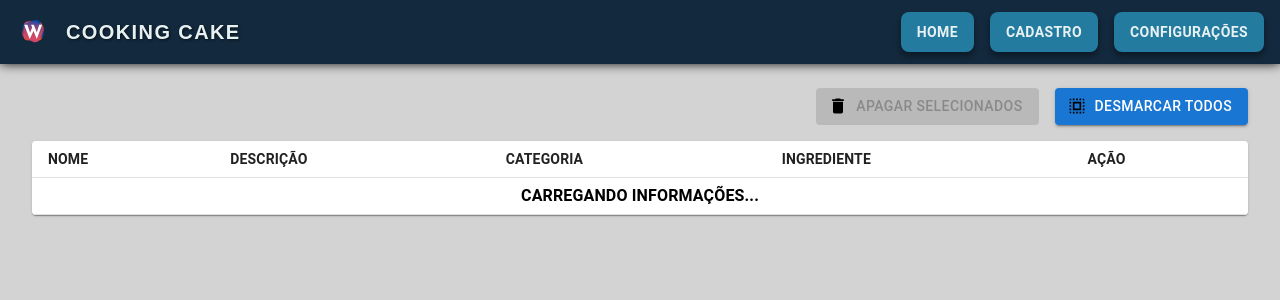
Repository: oZanella/projeto_windel_web_CRM
Page: /
An editor plug-in stored every save of this project. The page is shown before and after the next save, followed by the edit.
The browser window is 1280 px wide. The pictures show the whole page.
The page's requests for data from a server got no answer. The project was rebuilt for these pictures with package versions that can differ from the ones it lists, and the page was loaded fresh each time. No one was signed in, and anything a server would have sent is missing. Also part of the build but not shown: vite.config.js, src/routes/Configuracoes.jsx. Imported but missing from the stored project, and not drawn on this page: src/routes/Cadastro.jsx.

Above is the page before, as saved 2024-08-19 10:32:27.

### index.html
<!doctype html>
<html lang="en">

<head>
  <meta charset="UTF-8" />
  <link rel="icon" type="image/svg+xml" href="./src/image/LogoWindel.svg" />
  <link rel="stylesheet" href="src/style/GlobalStyles.css" />
  <link href="https://fonts.googleapis.com/css2?family=Playfair+Display&display=swap" rel="stylesheet">

  <meta name="viewport" content="width=device-width, initial-scale=1.0" />
  <title>Projeto Teste - CRM </title>
</head>

<body>
  <div id="root"></div>
  <script type="module" src="/src/main.jsx"></script>
</body>

</html>

### src/style/GlobalStyles.css
:root {
  --click: #7fa8c4;
  --primary: #E8F1F2;
  --darkblue: #13293D;
  --secondary: #000000;
  --ligthblue: #1b98e0;
  --animation: #006494;
  --ligthkgrey: #D3D3D3;
  --blueceledron: #247ba0;
  --delete: #FF0000;
}

* {
    color: var(--secondary);
}

body {
  background-color: var(--ligthkgrey);
}

### src/main.jsx
import { createBrowserRouter, RouterProvider, Navigate } from "react-router-dom"
import { createRoot } from 'react-dom/client'
import { StrictMode } from 'react'
import { App } from './App.jsx'

import './style/GlobalStyles.css'

//páginas do projeto
import { Cadastro } from './routes/Cadastro.jsx'
import { Home } from './routes/Home.jsx'
import { Configuracoes } from './routes/configuracoes.jsx'

const router = createBrowserRouter([
  {
    element: <App />,
    children: [
      {
        path: '/',
        element: <Navigate to="/home" replace />,
      },
      {
        path: '/home',
        element: <Home />,
      },
      {
        path: '/cadastro',
        element: <Cadastro />,
      },
      {
        path: '/configuracoes',
        element: <Configuracoes />,
      },
    ],
  },
])

createRoot(document.getElementById('root')).render(
  <StrictMode>
    <RouterProvider router={router} />
  </StrictMode>,
)

### src/App.jsx
import { Header } from './components/Header'
import { Outlet } from 'react-router-dom'
import { Box } from '@mui/material'
import './style/GlobalStyles.css'

export function App() {
  return (
    <Box sx={{ p: { xs: 2, sm: 3 }, marginTop: { xs: 8, sm: 8 } }}>
      <Header />
      <Box>
        <Outlet />
      </Box>
    </Box>
  );
}

### src/routes/Home.jsx
import React, { useEffect, useState } from 'react';
import { Box, TextField, Button, Dialog, DialogActions, DialogContent, DialogTitle, Select, MenuItem, FormControl, InputLabel } from '@mui/material';

import { handleShowDetails, handleEdit, handleSave, handleInputChange } from '../components/Handle';
import { CardDados } from '../components/TableHome';

import { blogFetch } from '../axios/config';


export const Home = () => {
  const [posts, setPosts] = useState([]);
  const [selectInfo, setSelectInfo] = useState(null);
  const [modeEdit, setModeEdit] = useState(null);
  const [dataEdit, setDataEdit] = useState({});
  const [openAddDialog, setOpenAddDialog] = useState(false);
  const [newPost, setNewPost] = useState({ name: '', description: '', category: '' });

  const getPosts = async () => {
    try {
      const response = await blogFetch.get("/recipe");
      const uniqueData = response.data.filter((value, index, self) =>
        index === self.findIndex((t) => t.id === value.id)
      );
      setPosts(uniqueData); // Garante que não tenha dados duplicados
    } catch (error) {
      console.log(error);
    }
  };

  useEffect(() => {
    getPosts();
  }, []);

  const handleDelete = async (postId) => {
    try {
      await blogFetch.delete(`/recipe/${postId}`);
      setPosts(posts.filter(post => post.id !== postId));
      console.log('Post deletado com sucesso');
    } catch (error) {
      console.error('Erro ao deletar o post', error);
    }
  };

  const handleAddOpen = () => setOpenAddDialog(true);
  const handleAddClose = () => setOpenAddDialog(false);

  {/* API para envio do novo registro*/ }
  const handleAdd = async () => {
    try {
      const newPostFormatted = {
        name: newPost.name,
        description: newPost.description,
        ingredients: [],
        category: newPost.category,
        isFavorite: newPost.isFavorite
      };

      const response = await blogFetch.post("/recipe", newPostFormatted);
      setPosts([...posts, response.data]);
      setNewPost({ name: '', description: '', category: '', isFavorite: false });
      handleAddClose();
      console.log('Post adicionado com sucesso');
    } catch (error) {
      console.error('Erro ao adicionar o post', error);
    }
  };

  return (
    <Box>
      {/* Dados para Adicionar Novo Registro */}
      <Dialog open={openAddDialog} onClose={handleAddClose}>
        <DialogTitle>Adicionar Novo Registro</DialogTitle>
        <DialogContent>
          <TextField
            name="name"
            label="Nome"
            value={newPost.name}
            onChange={(e) => setNewPost({ ...newPost, name: e.target.value })}
            fullWidth
            sx={{ marginBottom: 2 }}
          />
          <TextField
            name="description"
            label="Descrição"
            value={newPost.description}
            onChange={(e) => setNewPost({ ...newPost, description: e.target.value })}
            fullWidth
            sx={{ marginBottom: 2 }}
          />
          <TextField
            name="category"
            label="Categoria"
            value={newPost.category}
            onChange={(e) => setNewPost({ ...newPost, category: e.target.value })}
            fullWidth
            sx={{ marginBottom: 2 }}
          />
          <FormControl fullWidth sx={{ marginBottom: 2 }}>
            <InputLabel>Favorito</InputLabel>
            <Select
              name="isFavorite"
              value={newPost.isFavorite}
              onChange={(e) => setNewPost({ ...newPost, isFavorite: e.target.value })}
              label="Favorito"
            >
              <MenuItem value={true}>Sim</MenuItem>
              <MenuItem value={false}>Não</MenuItem>

            </Select>
          </FormControl>
        </DialogContent>
        <DialogActions>
          <Button onClick={handleAddClose}>Cancelar</Button>
          <Button onClick={handleAdd}>Adicionar</Button>
        </DialogActions>
      </Dialog>

      <CardDados
        posts={posts}
        handleDelete={handleDelete}
        handleEdit={handleEdit}
        handleSave={handleSave}
        modeEdit={modeEdit}
        setModeEdit={setModeEdit}
        dataEdit={dataEdit}
        setDataEdit={setDataEdit}
        handleInputChange={handleInputChange}
        selectInfo={selectInfo}
        setSelectInfo={setSelectInfo}
        handleShowDetails={handleShowDetails}
      />
    </Box>
  );
};

### src/components/Header.jsx
import { AppBar, Toolbar, Typography, Box, Button, IconButton } from '@mui/material';
import Logo from '../image/LogoWindel.svg';
import { Link } from 'react-router-dom';
import React from 'react';

export const Header = () => {
  return (

    // Header fundo 1 //
    <AppBar
      position="fixed"
      sx={{
        width: '100%',
        boxShadow: '0px 0.01px 11px var(--secondary)',
        top: 0,
        left: 0,
      }}
    >

      {/* Header fundo 2 */}
      <Toolbar
        sx={{
          display: 'flex',
          alignItems: 'center',
          padding: { xs: '0px', sm: '0px' },
          justifyContent: 'space-between',
          height: '64px',
          minHeight: '64px',
          backgroundColor: 'var(--darkblue)',
          boxSizing: 'border-box',
        }}
      >
        {/* Logo da principal */}
        <IconButton
          to={`/home`}
          edge="start"
          sx={{
            ml: { xs: 0 },
            cursor: 'default',
          }}
          component={Link}
          aria-label="logo"
        >
          <img src={Logo} alt="Logo" style={{ width: '50px', height: '40px' }} />
        </IconButton>

        {/* Titulo da pagina */}
        <Typography
          variant="h6"
          sx={{
            display: { xs: 'none', sm: 'block' },
            color: 'var(--primary)',
            fontWeight: 'bold',
            letterSpacing: '0.07em',
            textTransform: 'uppercase',                 //text em maiusculo
            textShadow: '1px 1px 3px rgba(0,0,0,0.6)',
            fontFamily: 'Arial, serif',
            flexGrow: 1,
          }}
        >
          Cooking Cake
        </Typography>

        {/* Botões */}
        <Box
          sx={{
            mr: { xs: 0, sm: 2 },
            gap: 2,
            display: 'flex',
            alignItems: 'center',
            flexGrow: { xs: 1, sm: 0 },
            justifyContent: { xs: 'center' },
            '& .MuiButton-root': {
              backgroundColor: 'var(--blueceledron)',
              color: 'var(--primary)',
              borderRadius: '8px',
              boxShadow: '0 4px 6px rgba(0, 0, 0, 0.4)',
              padding: '8px 16px',
              fontWeight: 'bold',
              textTransform: 'uppercase',
              transition: 'background-color 0.3s, transform 0.3s',

              // Animação
              '&:hover': {
                backgroundColor: 'var(--animation)',
                transform: 'scale(1.07)',
              },
              '&:active': {
                backgroundColor: 'var(--click)',
              },
            },
          }}
        >
          <Button variant="contained" component={Link} to={`/home`}>Home</Button>
          <Button variant="contained" component={Link} to={`/cadastro`}>Cadastro</Button>
          <Button variant="contained" component={Link} to={`/configuracoes`}>Configurações</Button>
        </Box>
      </Toolbar>
    </AppBar>
  );
};

### src/components/Handle.jsx

import { blogFetch } from '../axios/config';


export const handleShowDetails = (post, setSelectInfo, selectInfo) => {
  if (selectInfo?.id === post.id) {
    setSelectInfo(null); // Fecha se já estiver aberto
  } else {
    setSelectInfo(post); // Abre o post atual
  }
};

export const handleEdit = (post, setModeEdit, setDataEdit) => {
  setModeEdit(post.id);
  setDataEdit(post);
};

//continua com erro, verificar!!
export const handleSave = async (postId, updateData) => {
  try {
    // Envie uma requisição PUT ou POST para salvar os dados atualizados
    const response = await blogFetch.put(`/blogFetch/posts/${postId}`, updateData);
    console.log('Dados salvos com sucesso', response.data);

  } catch (error) {
    console.error('Erro de API', error);
  }
};

export const handleInputChange = (e, setDataEdit) => {
  setDataEdit(prevDataEdit => ({ ...prevDataEdit, [e.target.name]: e.target.value }));
};

### src/components/TableHome.jsx
import React, { useState, useEffect } from 'react';
import {
  Table, TableBody, TableCell, TableContainer, TableHead, TableRow, Typography, Box, Button, IconButton, TextField, Dialog, DialogContent, DialogActions, FormControlLabel, Switch, Chip, Paper, Checkbox
} from '@mui/material';
import EditIcon from '@mui/icons-material/Edit';
import SaveIcon from '@mui/icons-material/Save';
import AddIcon from '@mui/icons-material/Add';
import CloseIcon from '@mui/icons-material/Close';
import DeleteIcon from '@mui/icons-material/Delete';
import SelectAllIcon from '@mui/icons-material/SelectAll';
import axios from 'axios';

const API_BASE_URL = 'https://teste-tecnico-front-api.up.railway.app';

export const CardDados = ({
  posts, setPosts, handleDelete
}) => {
  const [openModal, setOpenModal] = useState(false);
  const [currentPost, setCurrentPost] = useState(null);
  const [dataEdit, setDataEdit] = useState({});
  const [newIngredient, setNewIngredient] = useState('');
  const [selectedPosts, setSelectedPosts] = useState([]);

  useEffect(() => {
    if (currentPost) {
      setDataEdit({ ...currentPost });
    }
  }, [currentPost]);

  const handleEditOpen = (post) => {
    setCurrentPost(post);
    setOpenModal(true);
  };

  const handleEditClose = () => {
    setOpenModal(false);
    setCurrentPost(null);
    setNewIngredient('');
  };

  const handleSaveModal = async () => {
    if (currentPost) {
      try {
        await axios.put(`${API_BASE_URL}/posts/${currentPost.id}`, dataEdit);
        const response = await axios.get(`${API_BASE_URL}/posts`);
        setPosts(response.data);
        handleEditClose();
      } catch (error) {
        console.error('Error ao salvar:', error);
      }
    }
  };

  const handleAddIngredient = () => {
    if (newIngredient.trim() !== '') {
      setDataEdit((prevData) => ({
        ...prevData,
        ingredients: [...(prevData.ingredients || []), newIngredient.trim()],
      }));
      setNewIngredient('');
    }
  };

  const handleRemoveIngredient = (ingredientToRemove) => {
    setDataEdit((prevData) => ({
      ...prevData,
      ingredients: (prevData.ingredients || []).filter((ingredient) => ingredient !== ingredientToRemove),
    }));
  };

  const handleSelectAll = () => {
    if (selectedPosts.length === posts.length) {
      setSelectedPosts([]); // Deselect all
    } else {
      setSelectedPosts(posts.map(post => post.id)); // Select all
    }
  };

  const handleDeleteSelected = async () => {
    try {
      await Promise.all(selectedPosts.map(id => axios.delete(`${API_BASE_URL}/posts/${id}`)));
      const response = await axios.get(`${API_BASE_URL}/posts`);
      setPosts(response.data);
      setSelectedPosts([]);
    } catch (error) {
      console.error('Error ao apagar os registros:', error);
    }
  };

  const handleSelectPost = (id) => {
    setSelectedPosts(prevSelected =>
      prevSelected.includes(id)
        ? prevSelected.filter(postId => postId !== id)
        : [...prevSelected, id]
    );
  };

  return (
    <>
      <Box sx={{ display: 'flex', justifyContent: 'flex-end', mb: 2 }}>
        <Button
          variant="contained"
          color="error"
          startIcon={<DeleteIcon />}
          onClick={handleDeleteSelected}
          disabled={selectedPosts.length === 0}
          sx={{ marginRight: 2 }}
        >
          Apagar Selecionados
        </Button>
        <Button
          variant="contained"
          color="primary"
          startIcon={<SelectAllIcon />}
          onClick={handleSelectAll}
        >
          {selectedPosts.length === posts.length ? 'Desmarcar Todos' : 'Selecionar Todos'}
        </Button>
      </Box>

      {/* Tabela aonde aparece os dados */}
      <TableContainer component={Paper} sx={{ overflowX: 'auto' }}>
        <Table size='small'>
          <TableHead>
            <TableRow>
              <TableCell sx={{ fontWeight: 'bold', textTransform: 'uppercase' }}>Nome</TableCell>
              <TableCell sx={{ fontWeight: 'bold', textTransform: 'uppercase' }}>Descrição</TableCell>
              <TableCell sx={{ fontWeight: 'bold', textTransform: 'uppercase' }}>Categoria</TableCell>
              <TableCell sx={{ fontWeight: 'bold', textTransform: 'uppercase' }}>Ingrediente</TableCell>
              <TableCell sx={{ fontWeight: 'bold', textTransform: 'uppercase' }}>Ação</TableCell>
            </TableRow>
          </TableHead>
          <TableBody>
            {posts.length === 0 ? (
              <TableRow>
                <TableCell colSpan={5} align="center">
                  <Typography variant="body1" sx={{ fontWeight: 'bold', textTransform: 'uppercase' }}>Carregando informações...</Typography>
                </TableCell>
              </TableRow>
            ) : (
              posts.map((post) => (
                <TableRow sx={{ height: 'auto' }} key={post.id}>
                  <TableCell sx={{ padding: '8px' }}>
                    {post.name}
                  </TableCell>
                  <TableCell sx={{ padding: '8px' }}>{post.description}</TableCell>
                  <TableCell sx={{ padding: '8px' }}>{post.category}</TableCell>

                  <TableCell sx={{ padding: '8px' }}>
                    <Box sx={{
                      display: 'flex',
                      flexWrap: 'wrap',
                      overflowX: 'auto',
                      gap: 1,
                      width: '100%',
                    }}>
                      {post.ingredients && post.ingredients.length > 0 ? (
                        post.ingredients.map((ingredient) => (
                          <Box
                            key={ingredient.id}
                            sx={{
                              display: 'flex',
                              flexDirection: 'column',
                              alignItems: 'flex-start',
                              marginRight: 1,
                              marginBottom: 1,
                            }}
                          >
                            <Typography variant="body1">{ingredient.name}</Typography>
                            <Typography variant="body2" color="textSecondary">
                              Quantidade: {ingredient.quantity}
                            </Typography>
                          </Box>
                        ))
                      ) : (
                        <Typography variant="body2">Nenhum ingrediente disponível</Typography>
                      )}
                    </Box>
                  </TableCell>

                  <TableCell>
                    <Box sx={{ display: 'flex', alignItems: 'center' }}>
                      <Checkbox
                        checked={selectedPosts.includes(post.id)}
                        onChange={() => handleSelectPost(post.id)}
                        color="primary"
                      />
                      <IconButton
                        color="primary"
                        onClick={() => handleEditOpen(post)}
                        sx={{ mr: 1 }}
                      >
                        <EditIcon />
                      </IconButton>
                      <IconButton
                        color="error"
                        onClick={() => handleDelete(post.id)}
                      >
                        <DeleteIcon />
                      </IconButton>
                    </Box>
                  </TableCell>
                </TableRow>
              ))
            )}
          </TableBody>
        </Table>
      </TableContainer>

      {/* Modal de edição */}
      <Dialog open={openModal} onClose={handleEditClose} fullWidth maxWidth="sm">
        <DialogContent>
          {currentPost && (
            <Box component="form" sx={{ display: 'flex', flexDirection: 'column', gap: 2 }}>
              <TextField
                name="name"
                label="Nome"
                value={dataEdit.name || ''}
                onChange={(e) => setDataEdit({ ...dataEdit, name: e.target.value })}
                fullWidth
                sx={{ marginBottom: 2 }}
              />
              <TextField
                name="description"
                label="Descrição"
                value={dataEdit.description || ''}
                onChange={(e) => setDataEdit({ ...dataEdit, description: e.target.value })}
                fullWidth
                sx={{ marginBottom: 2 }}
              />
              <TextField
                name="category"
                label="Categoria"
                value={dataEdit.category || ''}
                onChange={(e) => setDataEdit({ ...dataEdit, category: e.target.value })}
                fullWidth
                sx={{ marginBottom: 2 }}
              />
              <FormControlLabel
                control={
                  <Switch
                    checked={dataEdit.isFavorite || false}
                    onChange={(e) => setDataEdit({ ...dataEdit, isFavorite: e.target.checked })}
                    name="isFavorite"
                    color="primary"
                  />
                }
                label="Favorito"
                sx={{ marginTop: 1 }}
              />
              <Box sx={{ marginTop: 2 }}>
                <Typography variant="h6" sx={{ mb: 1 }}>Ingredientes</Typography>
                {dataEdit.ingredients && dataEdit.ingredients.map((ingredient, index) => (
                  <Chip
                    key={index}
                    label={`${ingredient.name} (${ingredient.quantity})`}
                    onDelete={() => handleRemoveIngredient(ingredient)}
                    sx={{ marginRight: 1, marginBottom: 1 }}
                    deleteIcon={<CloseIcon />}
                  />
                ))}
                <Box sx={{ display: 'flex', alignItems: 'center', mt: 2 }}>
                  <TextField
                    value={newIngredient}
                    onChange={(e) => setNewIngredient(e.target.value)}
                    label="Novo ingrediente"
                    variant="outlined"
                    size="small"
                    sx={{ marginRight: 1 }}
                  />
                  <Button
                    variant="contained"
                    color="primary"
                    onClick={handleAddIngredient}
                    startIcon={<AddIcon />}
                  >
                    Adicionar
                  </Button>
                </Box>
              </Box>
            </Box>
          )}
        </DialogContent>
        <DialogActions>
          <Button onClick={handleEditClose} color="inherit">
            Cancelar
          </Button>
          <Button
            onClick={handleSaveModal}
            color="primary"
            variant="contained"
            startIcon={<SaveIcon />}
          >
            Salvar
          </Button>
        </DialogActions>
      </Dialog>
    </>
  );
};

### src/axios/config.jsx
// src/axios/config.js
import axios from 'axios';

export const blogFetch = axios.create({
  baseURL: 'https://teste-tecnico-front-api.up.railway.app',
  headers: {
    'Content-Type': 'application/json',
  },
});

After the next save:
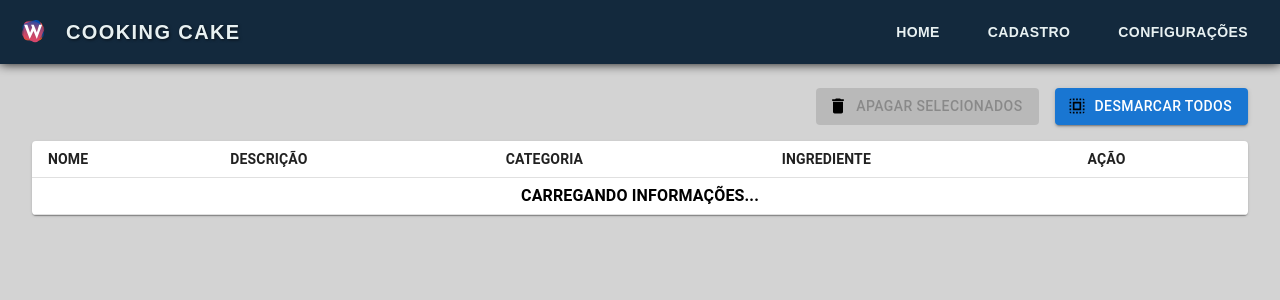
Saved 67 s later.
--- a/src/components/Header.jsx
+++ b/src/components/Header.jsx
@@ -5,7 +5,6 @@ import React from 'react';
 
 export const Header = () => {
   return (
-
     // Header fundo 1 //
     <AppBar
       position="fixed"
@@ -70,30 +69,119 @@ export const Header = () => {
             alignItems: 'center',
             flexGrow: { xs: 1, sm: 0 },
             justifyContent: { xs: 'center' },
-            '& .MuiButton-root': {
-              backgroundColor: 'var(--blueceledron)',
+          }}
+        >
+          <Button
+            variant="text"
+            component={Link}
+            to={`/home`}
+            sx={{
+              position: 'relative',
               color: 'var(--primary)',
-              borderRadius: '8px',
-              boxShadow: '0 4px 6px rgba(0, 0, 0, 0.4)',
-              padding: '8px 16px',
               fontWeight: 'bold',
               textTransform: 'uppercase',
-              transition: 'background-color 0.3s, transform 0.3s',
-
-              // Animação
-              '&:hover': {
-                backgroundColor: 'var(--animation)',
-                transform: 'scale(1.07)',
+              fontFamily: 'Arial, serif',
+              padding: '8px 16px',
+              border: 'none',
+              textDecoration: 'none',
+              backgroundColor: 'transparent',
+              '&:before': {
+                content: '""',
+                position: 'absolute',
+                left: 0,
+                bottom: 0,
+                width: '100%',
+                height: '2px',
+                backgroundColor: 'var(--primary)',
+                transform: 'scaleX(0)',
+                transformOrigin: 'bottom right',
+                transition: 'transform 0.3s ease',
               },
-              '&:active': {
-                backgroundColor: 'var(--click)',
+              '&:hover:before': {
+                transform: 'scaleX(1)',
+                transformOrigin: 'bottom left',
               },
-            },
-          }}
-        >
-          <Button variant="contained" component={Link} to={`/home`}>Home</Button>
-          <Button variant="contained" component={Link} to={`/cadastro`}>Cadastro</Button>
-          <Button variant="contained" component={Link} to={`/configuracoes`}>Configurações</Button>
+              '&:focus': {
+                outline: 'none',
+              },
+            }}
+          >
+            Home
+          </Button>
+          <Button
+            variant="text"
+            component={Link}
+            to={`/cadastro`}
+            sx={{
+              position: 'relative',
+              color: 'var(--primary)',
+              fontWeight: 'bold',
+              textTransform: 'uppercase',
+              fontFamily: 'Arial, serif',
+              padding: '8px 16px',
+              border: 'none',
+              textDecoration: 'none',
+              backgroundColor: 'transparent',
+              '&:before': {
+                content: '""',
+                position: 'absolute',
+                left: 0,
+                bottom: 0,
+                width: '100%',
+                height: '2px',
+                backgroundColor: 'var(--primary)',
+                transform: 'scaleX(0)',
+                transformOrigin: 'bottom right',
+                transition: 'transform 0.3s ease',
+              },
+              '&:hover:before': {
+                transform: 'scaleX(1)',
+                transformOrigin: 'bottom left',
+              },
+              '&:focus': {
+                outline: 'none',
+              },
+            }}
+          >
+            Cadastro
+          </Button>
+          <Button
+            variant="text"
+            component={Link}
+            to={`/configuracoes`}
+            sx={{
+              position: 'relative',
+              color: 'var(--primary)',
+              fontWeight: 'bold',
+              textTransform: 'uppercase',
+              fontFamily: 'Arial, serif',
+              padding: '8px 16px',
+              border: 'none',
+              textDecoration: 'none',
+              backgroundColor: 'transparent',
+              '&:before': {
+                content: '""',
+                position: 'absolute',
+                left: 0,
+                bottom: 0,
+                width: '100%',
+                height: '2px',
+                backgroundColor: 'var(--primary)',
+                transform: 'scaleX(0)',
+                transformOrigin: 'bottom right',
+                transition: 'transform 0.3s ease',
+              },
+              '&:hover:before': {
+                transform: 'scaleX(1)',
+                transformOrigin: 'bottom left',
+              },
+              '&:focus': {
+                outline: 'none',
+              },
+            }}
+          >
+            Configurações
+          </Button>
         </Box>
       </Toolbar>
     </AppBar>
